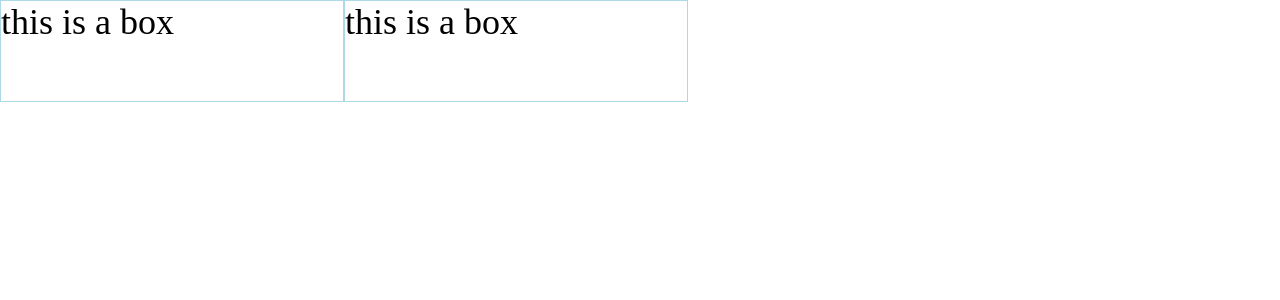
Repository: Jhin7782/HBuilder-Projects
Page: _lib/frame/移动端适配/fontSize.html
The author's editor kept a copy of each file at every save. The page is drawn from the files as they stood at one save, then again after the next save.
The browser window is 1280 px wide. The pictures show the whole page.

Above is the page before, as saved 2017-06-04 01:04:44.

After the next save:
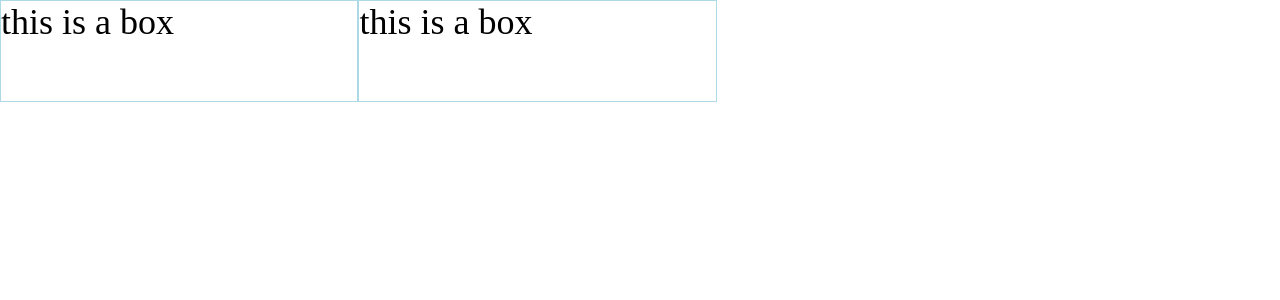
Saved 5 s later.
--- a/_lib/frame/移动端适配/fontSize.html
+++ b/_lib/frame/移动端适配/fontSize.html
@@ -10,7 +10,7 @@
 				padding: 0;
 			}
 			#box {
-				width: 9.5rem;
+				width: 9.9rem;
 				height: 100px;
 				border: 1px solid lightblue;
 				box-sizing: content-box;
